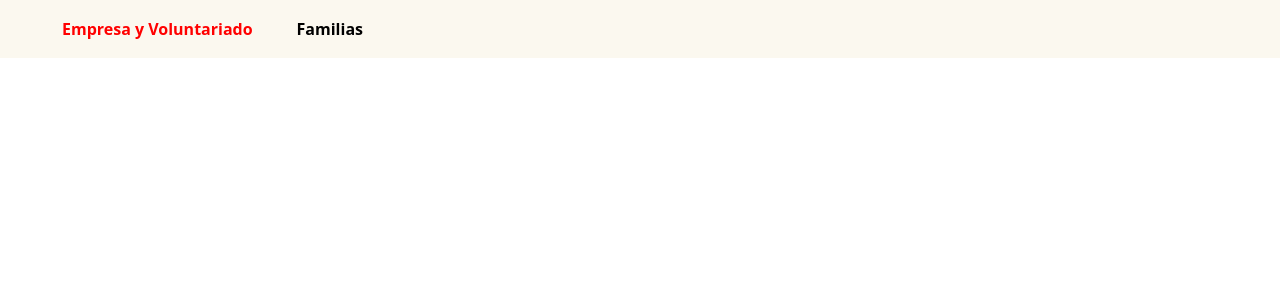
Repository: Synergy-club/reconstruction
Page: /
These files come from the project's save history. The page is drawn as it stood at one moment and after the next save; the edit follows.
The browser window is 1280 px wide. The pictures show the whole page.
The project was rebuilt for these pictures with package versions that can differ from the ones it lists, and the page was loaded fresh each time. Also part of the build but not shown: vite.config.js, src/views/Families/Families.jsx.

Above is the page before, as saved 2024-12-10 02:02:56.

### index.html
<!DOCTYPE html>
<html lang="en">
  <head>
    <meta charset="UTF-8" />
    <link rel="icon" type="image/svg+xml" href="/vite.svg" />
    <meta name="viewport" content="width=device-width, initial-scale=1.0 user-scalable=no" />
    <meta name="description" content="Agrupación de profesionales de primer nivel de los sectores de la logística, arquitectura y construcción unidos para gestionar y coordinar los esfuerzos de reconstrucción tras las inundaciones. Garantizando la trazabilidad y transparencia de las donaciones.
      La emisión de certificados inmediatos de donaciones así como los reconocimientos al voluntariado se harán bajo el paraguas de Fundación Synergy Club internacional, una plataforma abierta que suma acciones de asociaciones y fundaciones. Siempre y todas ellas sin ninguna vinculación política y sin ánimo de lucro.
      Esta iniciativa está abierta a todos los profesionales, voluntarios y héroes vecinales que necesitan o pueden aportar recursos eficientes y de calidad para la reconstrucción.
      Nos apoyamos y promovemos las agrupaciones improvisadas de vecinos de las zonas afectadas por la catástrofe que han reaccionado y son un referente de ayuda inmediata y conocimiento real de las situaciones de sus vecinos."
    />
    <meta name="author" content="Synergy Clubs International" />
    <title>Reconstrucción Valencia</title>
  </head>
  <body>
    <div id="root"></div>
    <script type="module" src="/src/main.jsx"></script>
  </body>
</html>

### src/main.jsx
import { StrictMode } from 'react'
import { createRoot } from 'react-dom/client'
import { BrowserRouter } from 'react-router-dom'
import './assets/global-style/style.css'
import App from './App.jsx'
import { ReducerProvider } from './contexts/ReducerContext.jsx'
import { ReferenceProvider } from './contexts/ReferenceContext.jsx'

createRoot(document.getElementById('root')).render(
  <StrictMode>
    <BrowserRouter>
      <ReducerProvider>
        <ReferenceProvider>
          <App />
        </ReferenceProvider>
      </ReducerProvider>
    </BrowserRouter>
  </StrictMode>
)

### src/assets/global-style/style.css
:root {
  /* BACKGROUND COLOR */
  --sci-bg-dark: #222222;
  --sci-bg-white: #ffffff;
  --sci-primary-blue: #78b3ce;
  --sci-light-blue: #c9e6f0;
  --sci-light-cream: #fbf8ef;
  --sci-accent-orange: #f96e2a;

  /*FONT*/
  --sci-font-main: sans-serif;

  /*COLOR TEXT*/
  --sci-text-dark: #222222;
  --sci-text-white: #ffffff;
  --sci-text-orange: #f96e2a;

  /*SPACING AND ROUNDED*/
  --sci-spacing-xs: 8px;
  --sci-spacing-s: 12px;
  --sci-spacing-m: 16px;
  --sci-spacing-l: 24px;
  --sci-spacing-xl: 48px;

  /*FONT SIZE*/
  --sci-font-size-xs: 12px;
  --sci-font-size-s: 16px;
  --sci-font-size-m: 18px;
  --sci-font-size-l: 22px;
  --sci-font-size-xl: 28px;
}
* {
  margin: 0;
  padding: 0;
  box-sizing: border-box;
  font-family: system-ui, -apple-system, BlinkMacSystemFont, 'Segoe UI', Roboto,
    Oxygen, Ubuntu, Cantarell, 'Open Sans', 'Helvetica Neue', sans-serif;
}

html {
  scroll-behavior: smooth;
}
h1,
h2,
h3,
h4,
h5 {
  font-size: var(--sci-font-size-xl);
}
p,
button,
li {
  font-size: var(--sci-font-size-m);
}

ul {
  list-style-type: disc;
  padding-left: 20px;
}
a {
  text-decoration: none;
}
.button {
  cursor: pointer;
  background: none;
  padding: var(--sci-spacing-xs) var(--sci-spacing-s);
  border: none;
  color:var(--sci-text-dark);
  transition: all 0.2s ease-in;
  display: flex;
  justify-content: center;
  align-items: center;
  gap: 8px;
  font-weight: 600;
}

.button:hover {
  color:var(--sci-text-orange);

}

@keyframes fadeInUp {
  0% {
    opacity: 0;
    transform: translateY(20px);
  }
  100% {
    opacity: 1;
    transform: translateY(0);
  }
}

.fadeIn {
  opacity: 1;
  animation: fadeInUp 0.5s ease-in;
}

@keyframes show {
  from {
    opacity: 0;
    scale: 50%;
  }
  to {
    opacity: 1;
    scale: 100%;
  }
}

@media (max-width: 850px) {
  h1,
  h2,
  h3,
  h4,
  h5 {
    font-size: var(--sci-font-size-xl);
  }

  button,
  li,
  p {
    font-size: var(--sci-font-size-s);
    line-height: 20px;
  }
}

@media (max-width: 400px) {
  h1,
  h2,
  h3,
  h4,
  h5 {
    font-size: var(--sci-font-size-xl);
  }
  li,
  button,
  a {
    font-size: var(--sci-font-size-s);
  }
  p {
    font-size: 14px;
  }
}

### src/App.jsx
import { Route, Routes } from 'react-router-dom'
import Layout from './layout/Layout'
import Workforce  from './views/Workforce/Workforce '
import Families from './views/Families/Families'
import NotFound from './views/404/NotFound'

const App = () => {
  return (
    <Routes>
      <Route path='/' element={<Layout />}>
        <Route index element={<Workforce  />} />
        <Route path='familias' element={<Families />} />
        {/*ERROR LINK*/}
        <Route path='*' element={<NotFound />} />
        <Route />
      </Route>
    </Routes>
  )
}

export default App

### src/contexts/ReducerContext.jsx
import { createContext } from 'react'

export const ReducerContext = createContext()
export const ReducerProvider = ({children}) => {
  return (
    <ReducerContext.Provider value={{}}>{ children }</ReducerContext.Provider>
  )
}

### src/contexts/ReferenceContext.jsx
import { createContext } from 'react'

export const ReferenceContext = createContext()

export const ReferenceProvider = ({ children }) => {
  return <ReferenceContext.Provider value={{}}>{children}</ReferenceContext.Provider>
}

### src/layout/Layout.jsx

import { Fragment } from 'react'
import { Outlet } from 'react-router-dom'
import Header from '../components/Header/Header'

const Layout = () => {
  return (
    <Fragment>
    <header><Header /></header>
    <div>
      <Outlet />

    </div>
    </Fragment>
  )
}

export default Layout

### src/views/Workforce/Workforce .jsx
import Card from "../../components/Card/Card"

const Workforce = () => {
  return <div>
    <div>
      <Card />
    </div>
  </div>
}

export default Workforce

### src/views/404/NotFound.jsx
import React, { useEffect } from 'react'
import { useNavigate } from 'react-router-dom'

const NotFound = () => {
  const navigate = useNavigate()
  useEffect(() => {
    const timeout = setTimeout(() => {
      navigate('../')
    }, 300)
    return () => clearTimeout(timeout)
  }, [navigate])
}

export default NotFound

### src/components/Header/Header.jsx
import { NavLink } from 'react-router-dom'
import './Header.css'

const Header = () => {
  return (
    <nav className='nav__container'>
      <NavLink
        to='/'
        className={({ isActive }) =>
          `button ${
            isActive ? 'nav__content-link active' : 'nav__content-link'
          }`
        }
      >
        Empresa y Voluntariado
      </NavLink>
      <NavLink
        to='/familias'
        className={({ isActive }) =>
          `button ${isActive ? 'nav__content-link active' : 'nav__content-link'
          }`
        }
      >
        Familias
      </NavLink>
    </nav>
  )
}

export default Header

### src/components/Card/Card.jsx
import React from 'react'

const Card = () => {
  return (
    <div></div>
  )
}

export default Card

### src/components/Header/Header.css
.nav__container{
  width:100%;
  padding: 10px 50px;
  background-color: var(--sci-light-cream);
  display: flex;
  justify-content: start;
  align-items: center;
  gap:20px;
}

.nav__content-link {
  color: black;
  text-decoration: none;
}

.nav__content-link.active {
  color: red; /* Cambia a tu color preferido */
}

### src/components/Container/Container.jsx
import React from 'react'

const Card = () => {
  return (
    <div></div>
  )
}

export default Card

After the next save:
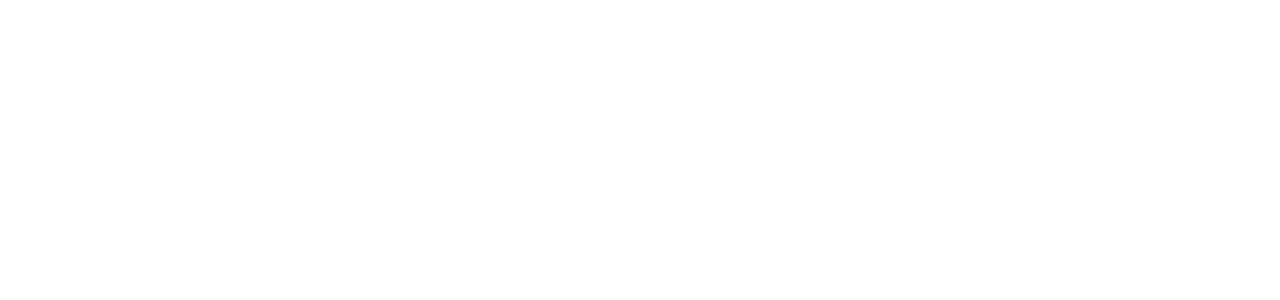
Console error: ReferenceError: Container is not defined
Saved 11 s later.
--- a/src/views/Workforce/Workforce .jsx
+++ b/src/views/Workforce/Workforce .jsx
@@ -3,7 +3,7 @@
 const Workforce = () => {
   return <div>
     <div>
-      <Card />
+      <Container />
     </div>
   </div>
 }

After the save that followed:
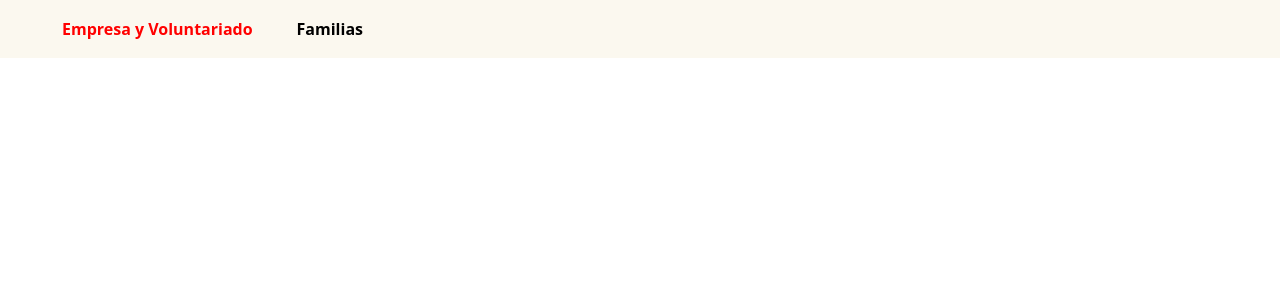
The error is gone.
Saved 26 s later.
--- a/src/views/Workforce/Workforce .jsx
+++ b/src/views/Workforce/Workforce .jsx
@@ -1,4 +1,4 @@
-import Card from "../../components/Card/Card"
+import Container from "../../components/Container/Container"
 
 const Workforce = () => {
   return <div>
